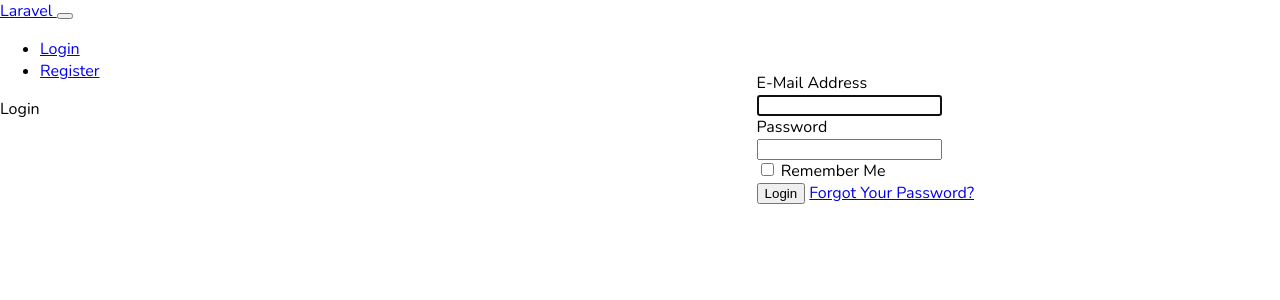
Repository: PatryxB/libraryBook
Page: http://localhost/login
The author's editor kept a copy of each file at every save. The page is drawn from the files as they stood at one save, then again after the next save.
The browser window is 1280 px wide. The pictures show the whole page.
The page is served by the project's Laravel application, run on PHP 8.4 with Laravel 8. Style sheets and scripts are compiled from the project's sources, by tool versions that may differ from the author's.

Above is the page before, as saved 2020-05-14 13:42:02.

After the next save:
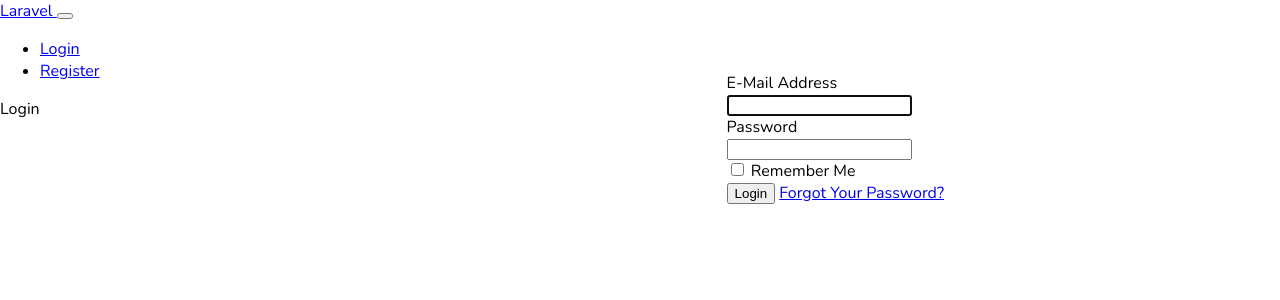
Saved 16 s later.
--- a/resources/sass/app.scss
+++ b/resources/sass/app.scss
@@ -28,7 +28,8 @@ form{
     top: 10%;
     right: 20%;
     background-color: white;
-    padding: 50px;
+    padding: 80px;
     padding-top: 0;
+    border-radius: 25px;
 
 }
